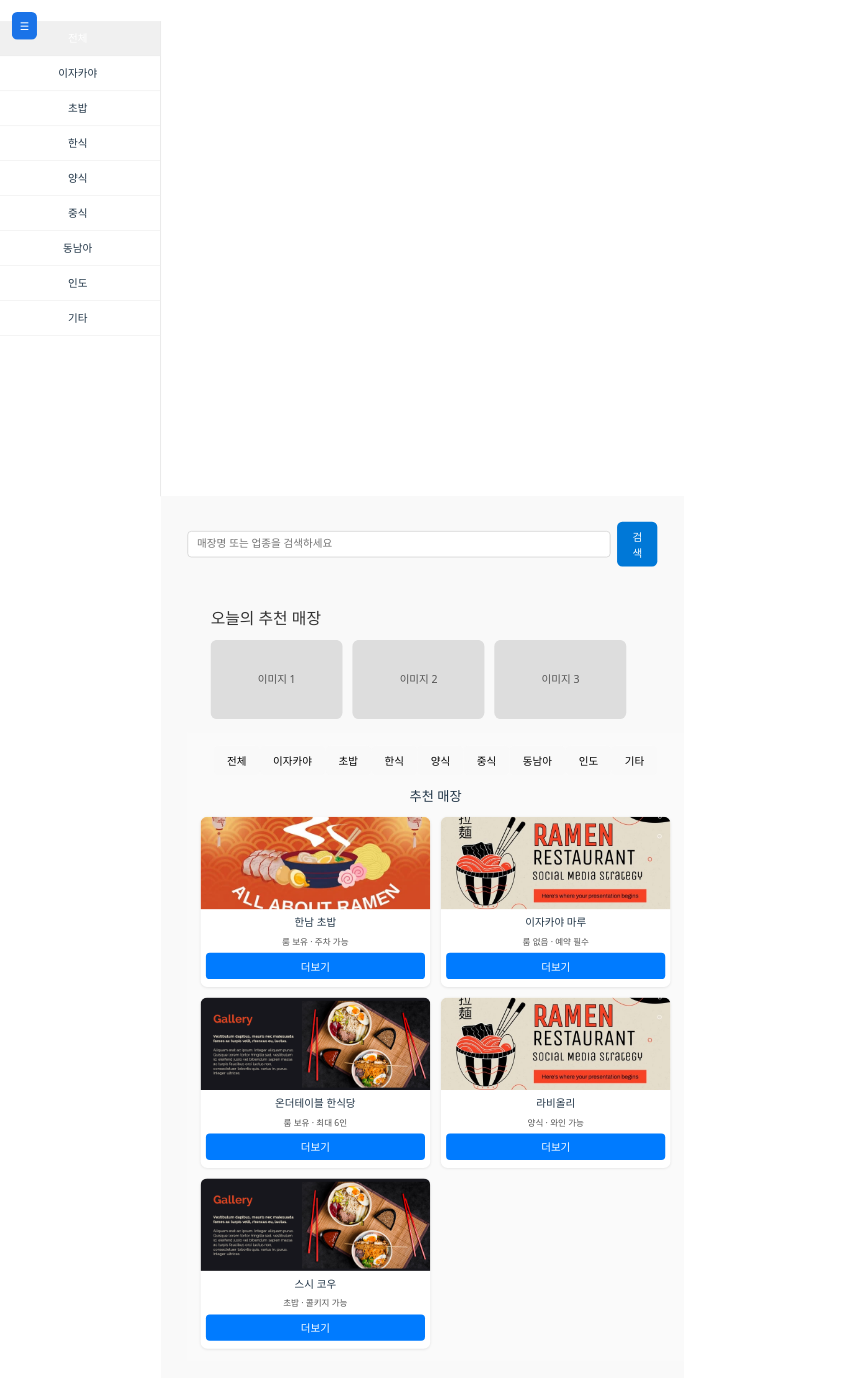
Repository: noiredex/Choplan-API
Page: / (app in choplan/frontend_main/)
An editor plug-in stored every save of this project. The page is shown before and after the next save, followed by the edit.
The browser window is 1280 px wide. The pictures show the whole page, at 66% of full size.
The project was rebuilt for these pictures with package versions that can differ from the ones it lists, and the page was loaded fresh each time. Also part of the build but not shown: choplan/frontend_main/vite.config.js, choplan/frontend_main/vite.config.ts, choplan/frontend_main/src/styles/StoreDetailPage.css, choplan/frontend_main/src/pages/StoreDetailPage.jsx.

Above is the page before, as saved 2025-10-22 13:25:29.

After the next save:
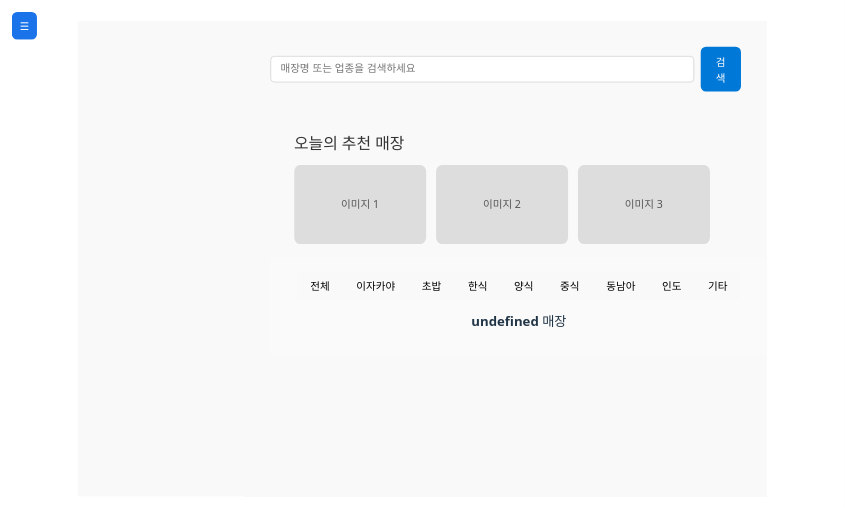
Saved 13 s later.
--- a/choplan/frontend_main/src/pages/Homepage.jsx
+++ b/choplan/frontend_main/src/pages/Homepage.jsx
@@ -6,12 +6,11 @@ import RecommendedStores from "../components/home/RecommendedStores";
 import "../styles/HomePage.css";
 
 export default function HomePage() {
-  const [selectedCategory, setSelectedCategory] = useState("전체"); // 기본값 유지
+  const [selectedCategory, setSelectedCategory] = useState("전체");
   const [searchQuery, setSearchQuery] = useState("");
 
   return (
-    <div className="homepage-container">
-      {/* Sidebar - 양방향 동기화 유지 */}
+    <div className="home-container">
       <Sidebar
         selectedCategory={selectedCategory}
         onSelectCategory={setSelectedCategory}
@@ -19,15 +18,10 @@ export default function HomePage() {
       />
 
       <div className="main-content">
-        {/* SearchBar */}
         <SearchBar onSearch={setSearchQuery} />
-
-        {/* 배너 (자사 이벤트 or 공지 배너용) */}
         <BannerSlider />
-
-        {/* 추천 매장 리스트 (검색 & 카테고리 동시 반영) */}
         <RecommendedStores
-          selectedCategory={selectedCategory}
+          category={selectedCategory}
           searchQuery={searchQuery}
         />
       </div>
